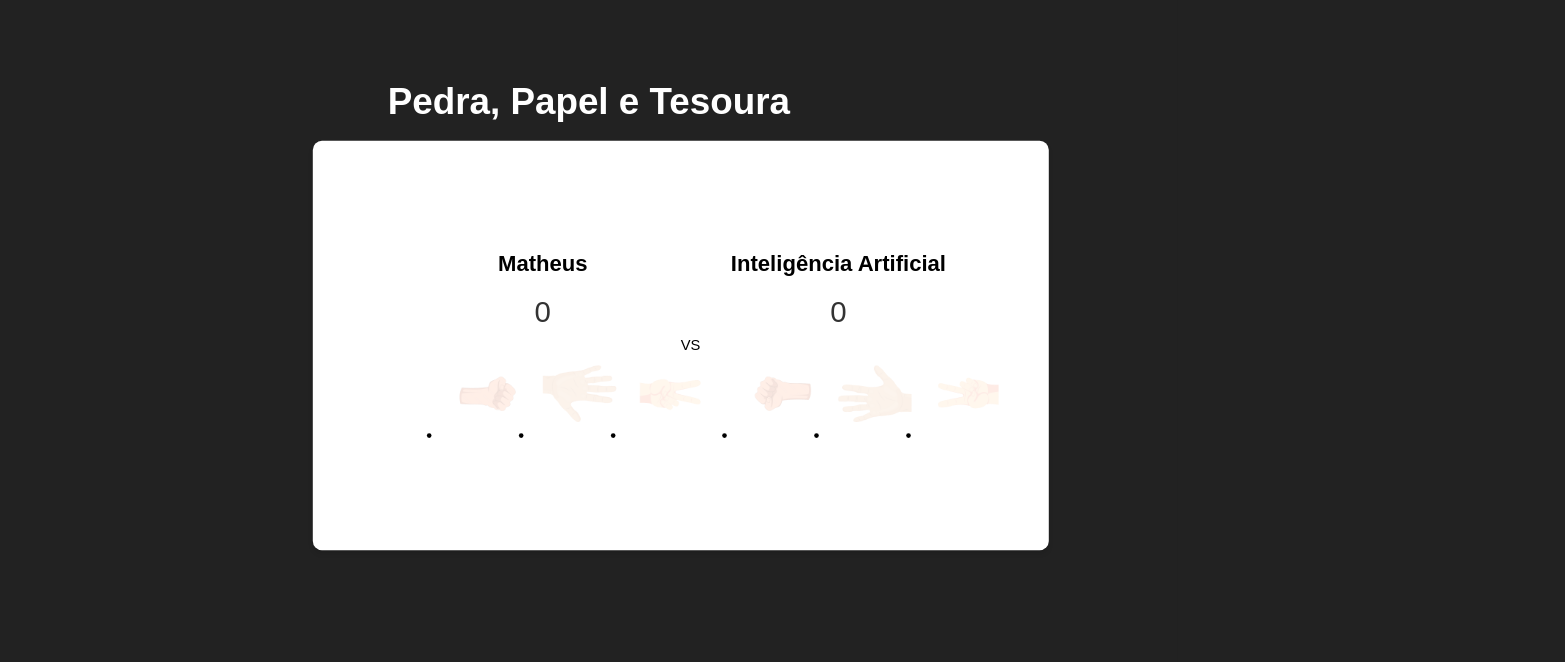
Repository: Matheus904-12/Pedra-Papel
Page: index.html
These files come from the project's save history. The page is drawn as it stood at one moment and after the next save; the edit follows.
The browser window is 1280 px wide. The page is 1280 px wide, then 1701 px, so the pictures cover 1701 px, including what lies to the right of the window. The pictures show the whole page, at 92% of full size.

Above is the page before, as saved 2023-08-28 21:52:00.

### index.html
<!DOCTYPE html>
<html lang="en">
<head>
    <meta charset="UTF-8">
    <meta name="viewport" content="width=device-width, initial-scale=1.0">
    <title>Pedra, Papel e Tesoura</title>
    <link rel="stylesheet" href="style.css">
    <script src="script.js"></script>
</head>
<body>
    <div class="box">
        <div class="container">
            <h1 id="titulo">Pedra, Papel e Tesoura</h1>
            <div class="placar" id="placar">
                <div class="jogador">
                    <h2 id="jogadorNome">Matheus</h2>
                    <p id="jogadorPontos">0</p>
                    <ul class="escolhas" id="jogadorEscolha">
                        <li>
                            <a id="jogadorEscolha1" class="escolha" onclick="jogar(1)">
                                <img src="img/1-removebg-preview.png" alt="">
                            </a>
                        </li>
                        <li>
                            <a id="jogadorEscolha2" class="escolha" onclick="jogar(2)">
                                <img src="img/2-removebg-preview.png" alt="">
                            </a>
                        </li>
                        <li>
                            <a id="jogadorEscolha3" class="escolha" onclick="jogar(3)">
                                <img src="img/3-removebg-preview.png" alt="">
                            </a>
                        </li>
                    </ul>
                </div>
                <div id="versus">VS</div>
                <div class="computador">
                    <h2 id="computadorNome">Inteligência Artificial</h2>
                    <p id="computadorPontos">0</p>
                    <ul class="escolhas" id="computadorEscolha">
                        <li>
                            <a id="computadorEscolha1" class="escolha">
                                <img src="img2/1.png" alt="">
                            </a>
                        </li>
                        <li>
                            <a id="computadorEscolha2" class="escolha">
                                <img src="img2/2.png" alt="">
                            </a>
                        </li>
                        <li>
                            <a id="computadorEscolha3" class="escolha">
                                <img src="img2/3.png" alt="">
                            </a>
                        </li>
                    </ul>
                </div>
            </div>
            <div class="mensagem"><p id="mensagem" class="result-message">&nbsp;</p>
    </div>
</body>
</html>

### style.css
ul#jogadorEscolha li a,
ul#computadorEscolha li a{
    opacity: 0.2;
    transition: ease-in-out 0.3s;
}
ul#jogadorEscolha li a:hover,
ul#jogadorEscolha li a.selecionado,
ul#computadorEscolha li a.selecionado {
    opacity: 1;
}

/* Estilos gerais */
body {
    font-family: 'Arial', sans-serif;
    background-color: #222;
    margin: 0;
    padding: 0;
    transition: background-color 0.5s ease;
    align-items: center;
}

/* Estilo do container principal */
.box {
    display: flex;
    align-items: center;
    justify-content: center;
    min-height: 100vh;
    transition: background-color 0.5s ease;
}

.container {
    width: 100%;
    max-width: 600px;
    text-align: center;
}

/* Estilo do título */
#titulo {
    font-size: 2.5rem;
    color: #fff;
    margin-bottom: 20px;
}

/* Estilo do placar */
.placar {
    display: flex;
    align-items: center;
    justify-content: space-between;
    padding: 100px;
    background-color: #fff;
    border-radius: 10px;
    box-shadow: 0 4px 6px rgba(0, 0, 0, 0.1);
    width: 100%;
    margin: 0 auto;
    max-width: 1200px;
}

.jogador,
.computador {
    width: 50%;
}

.jogador p,
.computador p {
    font-size: 2rem;
    color: #333;
    margin: 0;
}

.escolhas {
    display: flex;
    justify-content: space-around;
    margin-top: 20px;
}

.escolhas img {
    max-width: 100px;
    cursor: pointer;
    transition: transform 0.3s ease;
}

.escolhas img:hover {
    transform: scale(1.1);
}

/* Estilo do resultado/mensagem */
.result-message {
    font-size: 1.2rem;
    margin-top: 20px;
    color: #fff;
}

.result-message.vitoria {
    color: #4CAF50;
}

.result-message.derrota {
    color: #FF5733;
}

.result-message.empate {
    color: #FFC300;
}

/* Estilo do botão reiniciar */
.reiniciar-jogo {
    background-color: #3498db;
    border: none;
    color: white;
    padding: 10px 20px;
    text-align: center;
    text-decoration: none;
    display: inline-block;
    font-size: 16px;
    border-radius: 5px;
    cursor: pointer;
    transition: background-color 0.3s ease;
}

.reiniciar-jogo:hover {
    background-color: #2980b9;
}

/* Estilo do histórico */
.historico {
    text-align: center;
    margin-top: 20px;
}

.historico-toggle {
    background-color: #333;
    border: none;
    color: white;
    padding: 5px 10px;
    font-size: 14px;
    border-radius: 5px;
    cursor: pointer;
    transition: background-color 0.3s ease;
}

.historico-toggle:hover {
    background-color: #222;
}

.historico-list {
    list-style: none;
    padding: 0;
    display: none;
    text-align: left;
}

.historico-list li {
    font-size: 14px;
    margin-bottom: 5px;
    color: #fff;
}

### script.js
let jogadorEscolha = 0;
let jogadorPontos = 0;
let computadorEscolha = 0;
let computadorPontos = 0;
let ganhador = -1;
let historico = [];

function jogar(escolha){
    jogadorEscolha = escolha;
    computadorEscolha = Math.floor(Math.random() * 3) + 1;


/*PEDRA = 1
  PAPEL = 2
  TESOURA = 3
*/

if (jogadorEscolha == 1 && computadorEscolha == 1) {
    ganhador = 0;
    //*PEDRA = PEDRA*//
} else if (jogadorEscolha == 1 && computadorEscolha == 2) {
    ganhador = 2;
    //PEDRA E PAPEL = PAPEL//
} else if (jogadorEscolha == 1 && computadorEscolha == 3) {
    ganhador = 1;
    //PEDRA E TESOURA = PEDRA//
} else if (jogadorEscolha == 2 && computadorEscolha == 1) {
    ganhador = 1;
    //PAPEL E PEDRA = PEDRA
} else if (jogadorEscolha == 2 && computadorEscolha == 2) {
    ganhador =  0;
    //PAPEL E PAPEL = NADA
} else if (jogadorEscolha == 2 && computadorEscolha == 3) {
    ganhador = 2;
    //PAPEL E TESOURA = TESOURA
} else if (jogadorEscolha == 3 && computadorEscolha == 1) {
    ganhador = 2;
    //TESOURA E PEDRA = PEDRA
} else if (jogadorEscolha == 3 && computadorEscolha == 2) {
    ganhador = 1;
    //TESOURA E PAPEL = TESOURA
} else if (jogadorEscolha == 3 && computadorEscolha == 3) {
    ganhador = 0;
    //TESOURA E TESOURA = EMPATE
}


document.getElementById('jogadorEscolha1').classList.remove('selecionado');
document.getElementById('jogadorEscolha2').classList.remove('selecionado');
document.getElementById('jogadorEscolha3').classList.remove('selecionado');
document.getElementById('computadorEscolha1').classList.remove('selecionado');
document.getElementById('computadorEscolha2').classList.remove('selecionado');
document.getElementById('computadorEscolha3').classList.remove('selecionado');



document.getElementById('jogadorEscolha'+jogadorEscolha).classList.add('selecionado');
document.getElementById('computadorEscolha'+computadorEscolha).classList.add('selecionado');


/*
EMPATE = 0;
JOGADOR = 1;
COMPUTADOR = 2;
*/


// Atualizar placar
if (ganhador === 1) {
    jogadorPontos++;
} else if (ganhador === 2) {
    computadorPontos++;
}

document.getElementById('jogadorPontos').textContent = jogadorPontos;
document.getElementById('computadorPontos').textContent = computadorPontos;


// Mensagem do resultado
let mensagem = '';
if (ganhador === 1) {
    mensagem = 'Você venceu!';
} else if (ganhador === 2) {
    mensagem = 'Você perdeu!';
} else {
    mensagem = 'Empate!';
}

// Adicionar ao histórico
historico.push({
    jogador: jogadorEscolha,
    computador: computadorEscolha,
    resultado: ganhador
});

// Atualizar elementos na página
document.getElementById('jogadorPontos').textContent = jogadorPontos;
document.getElementById('computadorPontos').textContent = computadorPontos;
document.querySelector('.result-message').textContent = mensagem;
document.querySelector('.result-message').className = `result-message ${ganhadorClass}`;

// Exibir histórico
mostrarHistorico();

// Adicionar classe de estilo à mensagem
let mensagemElement = document.getElementById('mensagem');
mensagemElement.classList.remove('vitoria', 'derrota', 'empate');
if (ganhador === 1) {
    mensagemElement.classList.add('vitoria');
} else if (ganhador === 2) {
    mensagemElement.classList.add('derrota');
} else {
    mensagemElement.classList.add('empate');
}
}

function mostrarHistorico() {
let historicoList = document.getElementById('historico-list');
historicoList.innerHTML = '';

for (let i = 0; i < historico.length; i++) {
    let item = historico[i];
    let resultado = '';
    if (item.resultado === 1) {
        resultado = 'Vitória';
    } else if (item.resultado === 2) {
        resultado = 'Derrota';
    } else {
        resultado = 'Empate';
    }

    let listItem = document.createElement('li');
    listItem.textContent = `Jogador: ${item.jogador} | Computador: ${item.computador} | Resultado: ${resultado}`;
    historicoList.appendChild(listItem);
}


document.getElementById('historico-toggle').addEventListener('click', function() {
    const historicoList = document.querySelector('.historico-list');
    historicoList.style.display = historicoList.style.display === 'none' ? 'block' : 'none';
    this.textContent = historicoList.style.display === 'none' ? 'Ver Histórico' : 'Esconder Histórico';
});

// Mensagem do resultado
let mensagem = '';
if (ganhador === 1) {
    mensagem = 'Você venceu!';
} else if (ganhador === 2) {
    mensagem = 'Você perdeu!';
} else {
    mensagem = 'Empate!';
}

// Adicionar ao histórico
historico.push({
    jogador: jogadorEscolha,
    computador: computadorEscolha,
    resultado: ganhador
});


// Atualizar elementos na página
document.getElementById('jogadorPontos').textContent = jogadorPontos;
document.getElementById('computadorPontos').textContent = computadorPontos;
document.querySelector('.result-message').textContent = mensagem;
document.querySelector('.result-message').className = `result-message ${ganhadorClass}`;


 // Adicionar classe de estilo à mensagem
let mensagemElement = document.querySelector('.mensagem');
mensagemElement.classList.remove('vitoria', 'derrota', 'empate');
if (ganhador === 1) {
    mensagemElement.classList.add('vitoria');
} else if (ganhador === 2) {
    mensagemElement.classList.add('derrota');
} else {
    mensagemElement.classList.add('empate');
}

// Atualizar estilo da página com base no resultado
document.querySelector('.box').className = `box ${ganhadorClass}`;




// Atualizar cor de fundo com base no resultado
if (ganhador === 1) {
    document.body.style.backgroundColor = '#4CAF50'; // Verde
} else if (ganhador === 2) {
    document.body.style.backgroundColor = '#FF5733'; // Vermelho
} else {
    document.body.style.backgroundColor = '#FFC300'; // Amarelo
}


// Selecionar escolha do jogador
document.getElementById(`jogadorEscolha${jogadorEscolha}`).classList.add('selecionado');


// Atualizar escolhas do jogador
document.getElementById(`jogadorEscolha${jogadorEscolha}`).classList.add('selecionado');
document.getElementById(`computadorEscolha${computadorEscolha}`).classList.add('selecionado');

// Atualizar estilo da página com base no resultado
document.querySelector('.box').className = `box ${ganhadorClass}`;

// Função para reiniciar o jogo
function reiniciarJogo() {
    jogadorPontos = 0;
    computadorPontos = 0;
    historico = [];
    limparEscolhas();
    atualizarPlacar();
    limparMensagem();
    mostrarHistorico();
    resetarEstiloPagina();
}

// Limpar escolhas selecionadas
function limparEscolhas() {
    document.querySelectorAll('.escolha').forEach(element => {
        element.classList.remove('selecionado');
    });
}

// Atualizar placar
function atualizarPlacar() {
    document.getElementById('jogadorPontos').textContent = jogadorPontos;
    document.getElementById('computadorPontos').textContent = computadorPontos;
}

// Limpar mensagem do resultado
function limparMensagem() {
    document.querySelector('.result-message').textContent = '';
    document.querySelector('.mensagem').className = 'mensagem';
}

// Resetar estilo da página
function resetarEstiloPagina() {
    document.querySelector('.box').className = 'box';
}

// Botão de reiniciar o jogo
document.getElementById('reiniciar-jogo').addEventListener('click', function() {
    reiniciarJogo();
});


// Função para reiniciar o jogo
function reiniciarJogo() {
    jogadorPontos = 0;
    computadorPontos = 0;
    historico = [];
    limparEscolhas();
    atualizarPlacar();
    limparMensagem();
    mostrarHistorico();
    resetarEstiloPagina();
}

// Limpar escolhas selecionadas
function limparEscolhas() {
    document.querySelectorAll('.escolha').forEach(element => {
        element.classList.remove('selecionado');
    });
}

// Atualizar placar
function atualizarPlacar() {
    document.getElementById('jogadorPontos').textContent = jogadorPontos;
    document.getElementById('computadorPontos').textContent = computadorPontos;
}

// Limpar mensagem do resultado
function limparMensagem() {
    document.querySelector('.result-message').textContent = '';
    document.querySelector('.mensagem').className = 'mensagem';
}

// Resetar estilo da página
function resetarEstiloPagina() {
    document.querySelector('.box').className = 'box';
}

// Botão de reiniciar o jogo
document.getElementById('reiniciar-jogo').addEventListener('click', function() {
    reiniciarJogo();
});


}

After the next save:
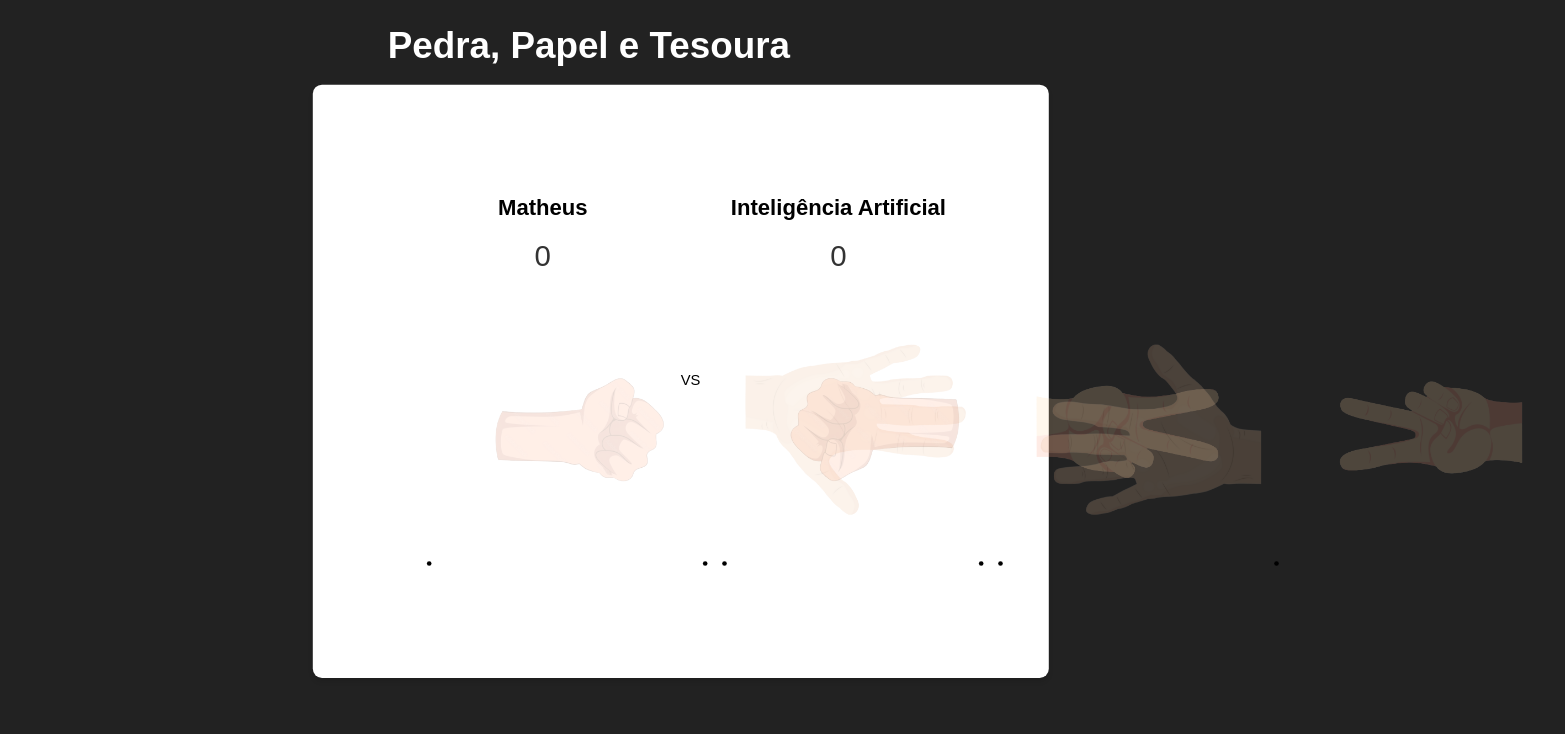
Saved 20 s later.
--- a/style.css
+++ b/style.css
@@ -74,7 +74,7 @@ body {
 }
 
 .escolhas img {
-    max-width: 100px;
+    max-width: 300px;
     cursor: pointer;
     transition: transform 0.3s ease;
 }
